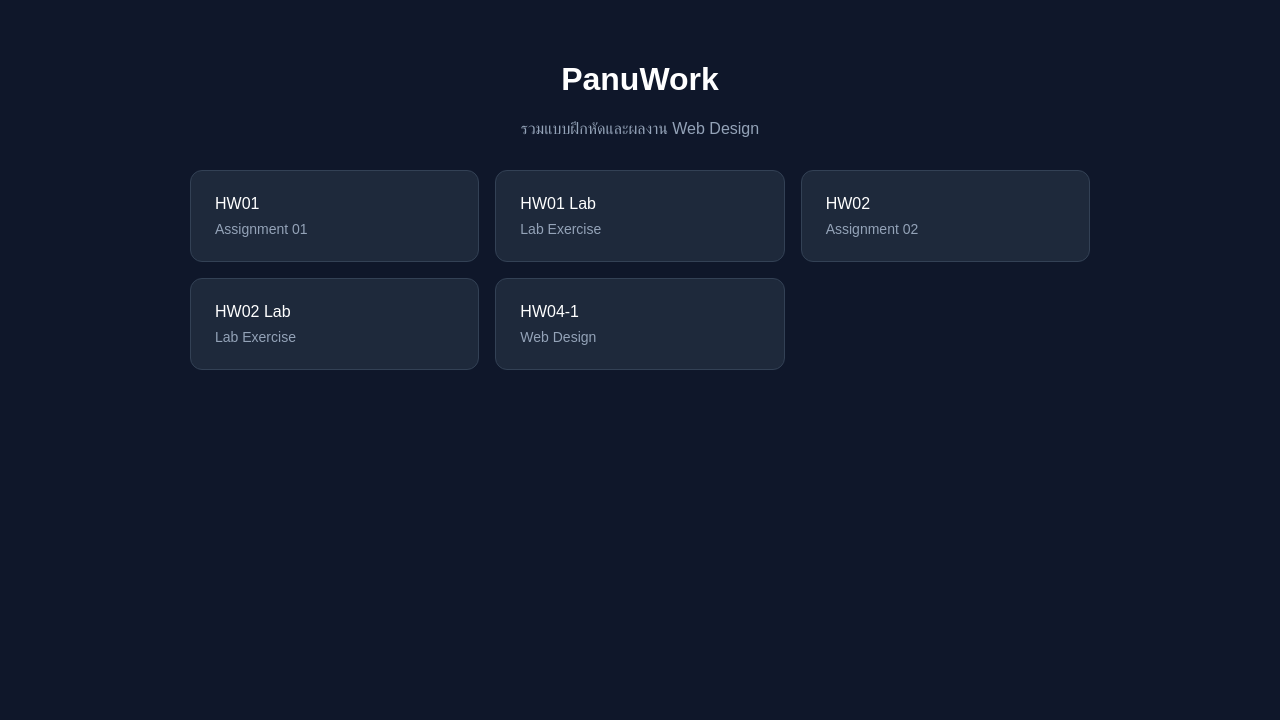
Repository: nuwat-wa/Lab_Ass_WebDesign
Page: index.html
An editor plug-in stored every save of this project. The page is shown before and after a run of saves, followed by the edit.
The browser window is 1280 px wide. The pictures show the whole page.

Above is the page before, as saved 2026-10-21 00:09:27.

### index.html

<!DOCTYPE html>
<html lang="th">
<head>
  <meta charset="UTF-8">
  <meta name="viewport" content="width=device-width, initial-scale=1.0">
  <title>PanuWork | My Assignments</title>
  <style>
    * {
      box-sizing: border-box;
    }

    body {
      margin: 0;
      padding: 40px 20px;
      font-family: Arial, sans-serif;
      color: #e5e7eb;
      background: #0f172a;
    }

    main {
      max-width: 900px;
      margin: auto;
    }

    h1 {
      color: #ffffff;
      text-align: center;
    }

    .description {
      margin-bottom: 32px;
      color: #94a3b8;
      text-align: center;
    }

    .grid {
      display: grid;
      grid-template-columns: repeat(auto-fit, minmax(220px, 1fr));
      gap: 16px;
    }

    a {
      display: block;
      padding: 24px;
      border: 1px solid #334155;
      border-radius: 12px;
      color: #ffffff;
      background: #1e293b;
      text-decoration: none;
      transition: 0.2s;
    }

    a:hover {
      border-color: #60a5fa;
      background: #26364d;
      transform: translateY(-3px);
    }

    a span {
      display: block;
      margin-top: 8px;
      color: #94a3b8;
      font-size: 14px;
    }
  </style>
</head>
<body>
  <main>
    <h1>PanuWork</h1>
    <p class="description">รวมแบบฝึกหัดและผลงาน Web Design</p>

    <section class="grid">
      <a href="./HW01_IT_Sec1/index-ass.html">
        HW01 <span>Assignment 01</span>
      </a>

      <a href="./HW01_IT_Sec1/index-lab.html">
        HW01 Lab <span>Lab Exercise</span>
      </a>

      <a href="./HW02_IT_Sec1/Ass02.html">
        HW02 <span>Assignment 02</span>
      </a>

      <a href="./HW02_IT_Sec1/Lab02.html">
        HW02 Lab <span>Lab Exercise</span>
      </a>

      <a href="./HW04-1_IT_Sec1/index.html">
        HW04-1 <span>Web Design</span>
      </a>


    </section>
  </main>
</body>
</html>

After the next 2 saves:
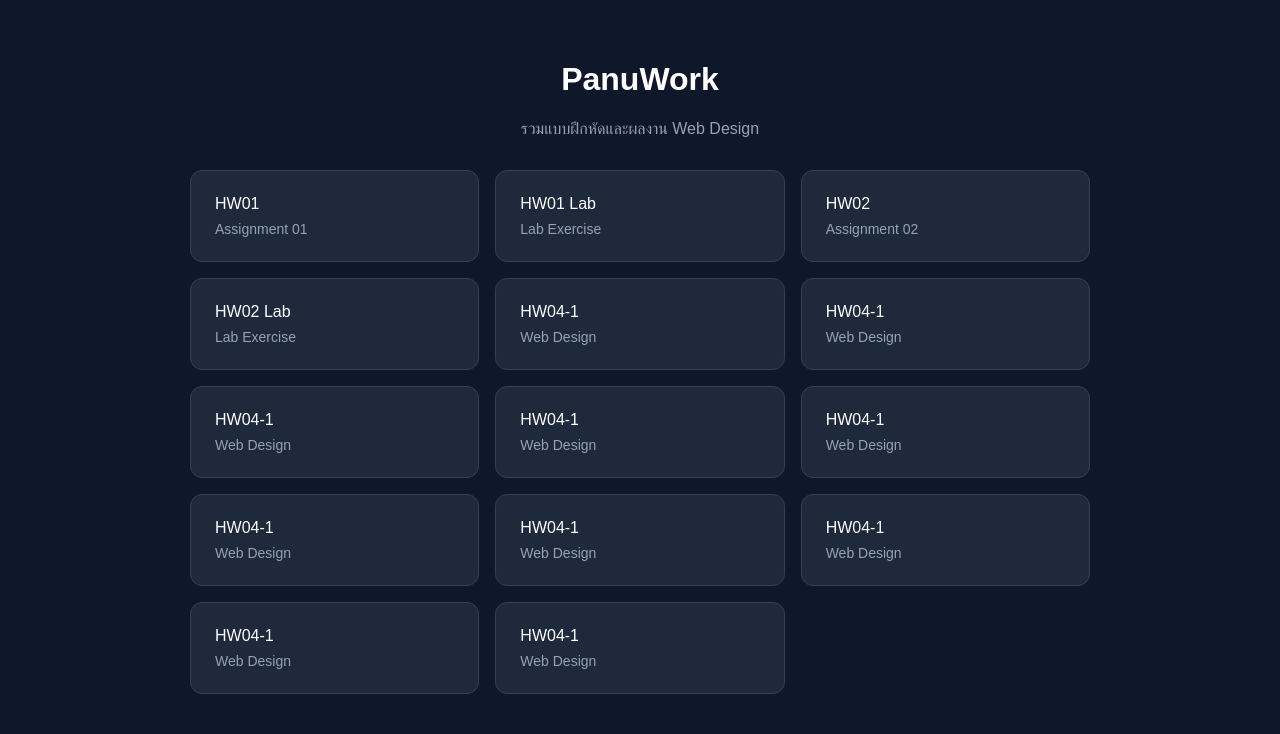
The 2 saves are shown as one change because they came seconds apart.
The last was saved 14 s later.
--- a/index.html
+++ b/index.html
@@ -91,7 +91,41 @@
         HW04-1 <span>Web Design</span>
       </a>
 
+      <a href="./HW04-1_IT_Sec1/index.html">
+        HW04-1 <span>Web Design</span>
+      </a>
 
+      <a href="./HW04-1_IT_Sec1/index.html">
+        HW04-1 <span>Web Design</span>
+      </a>
+
+      <a href="./HW04-1_IT_Sec1/index.html">
+        HW04-1 <span>Web Design</span>
+      </a>
+
+      <a href="./HW04-1_IT_Sec1/index.html">
+        HW04-1 <span>Web Design</span>
+      </a>
+
+      <a href="./HW04-1_IT_Sec1/index.html">
+        HW04-1 <span>Web Design</span>
+      </a>
+
+      <a href="./HW04-1_IT_Sec1/index.html">
+        HW04-1 <span>Web Design</span>
+      </a>
+
+      <a href="./HW04-1_IT_Sec1/index.html">
+        HW04-1 <span>Web Design</span>
+      </a>
+
+      <a href="./HW04-1_IT_Sec1/index.html">
+        HW04-1 <span>Web Design</span>
+      </a>
+
+      <a href="./HW04-1_IT_Sec1/index.html">
+        HW04-1 <span>Web Design</span>
+      </a>
     </section>
   </main>
 </body>
